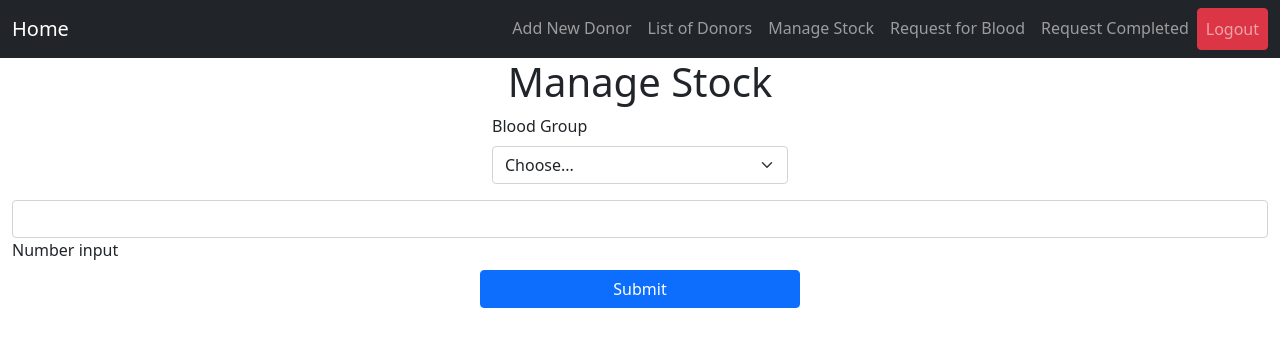
Repository: kshitizJ/Blood-Bank-Management-System-in-jsp
Page: http://localhost/Blood_Bank_Management_System/manageStock.jsp
These files come from the project's save history. The page is drawn as it stood at one moment and after the next save; the edit follows.
The browser window is 1280 px wide. The pictures show the whole page.
The page is served by Tomcat 9.

Above is the page before, as saved 2021-04-28 12:54:53.

After the next save:
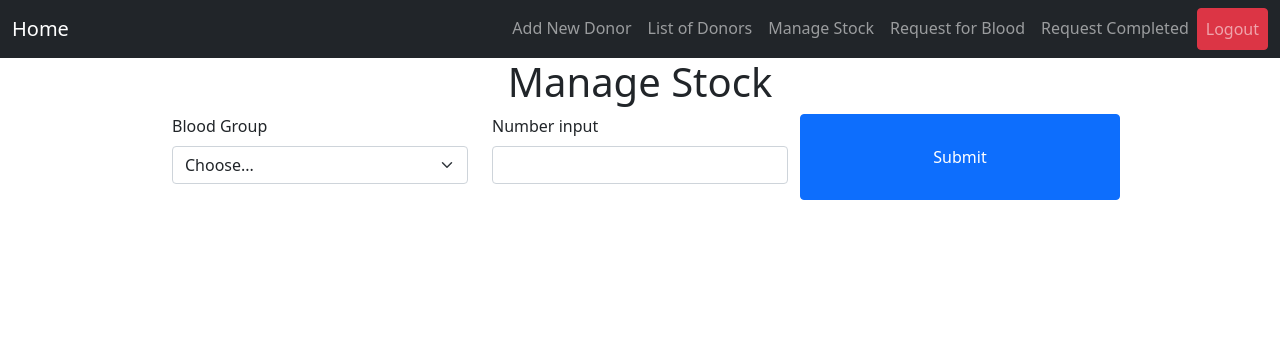
Saved 34 s later.
--- a/Blood Bank Management System/WebContent/manageStock.jsp
+++ b/Blood Bank Management System/WebContent/manageStock.jsp
@@ -43,9 +43,9 @@
 							<option value="AB-">AB-</option>
 						</select>
 					</div>
-					<div class="form-outline">
-						<input type="number" id="typeNumber" class="form-control" /> <label
-							class="form-label" for="typeNumber">Number input</label>
+					<div class="mb-3 col-md-3">
+						<label class="form-label" for="typeNumber">Number input</label> <input
+							type="number" id="typeNumber" class="form-control" />
 					</div>
 					<button type="submit" class="btn btn-primary col-3">Submit</button>
 				</form>
